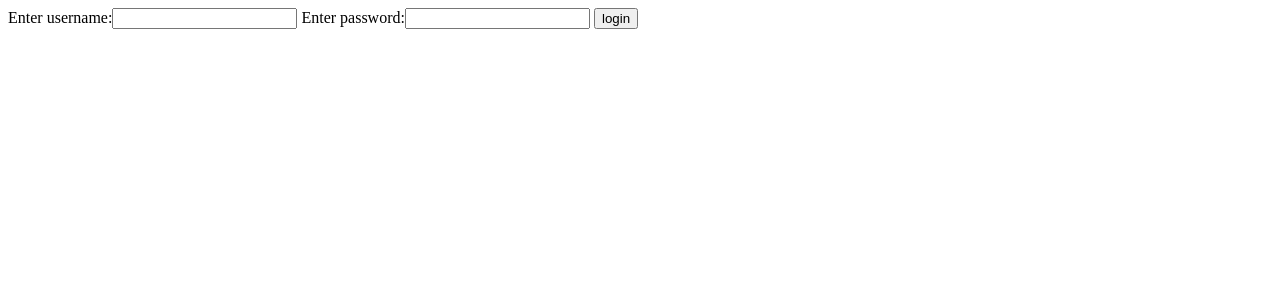
Repository: lathachanga/Java
Page: http://localhost/LoginUsingJspServlet/login.jsp
These files come from the project's save history. The page is drawn as it stood at one moment and after the next save; the edit follows.
The browser window is 1280 px wide. The pictures show the whole page.
The page is served by Tomcat 9.

Above is the page before, as saved 2023-04-10 14:37:46.

After the next save:
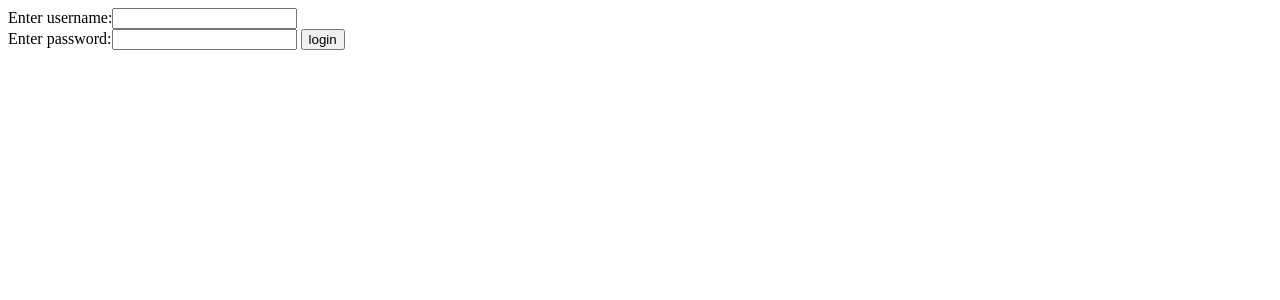
Saved 71 s later.
--- a/AdvancedJava/LoginUsingJspServlet/src/main/webapp/login.jsp
+++ b/AdvancedJava/LoginUsingJspServlet/src/main/webapp/login.jsp
@@ -8,7 +8,7 @@
 </head>
 <body>
 <form action="login">
- Enter username:<input type="text" name="uname">
+ Enter username:<input type="text" name="uname"><br>
   Enter password:<input type="password" name="pass">
    <input type="submit" value="login">
 </form>
